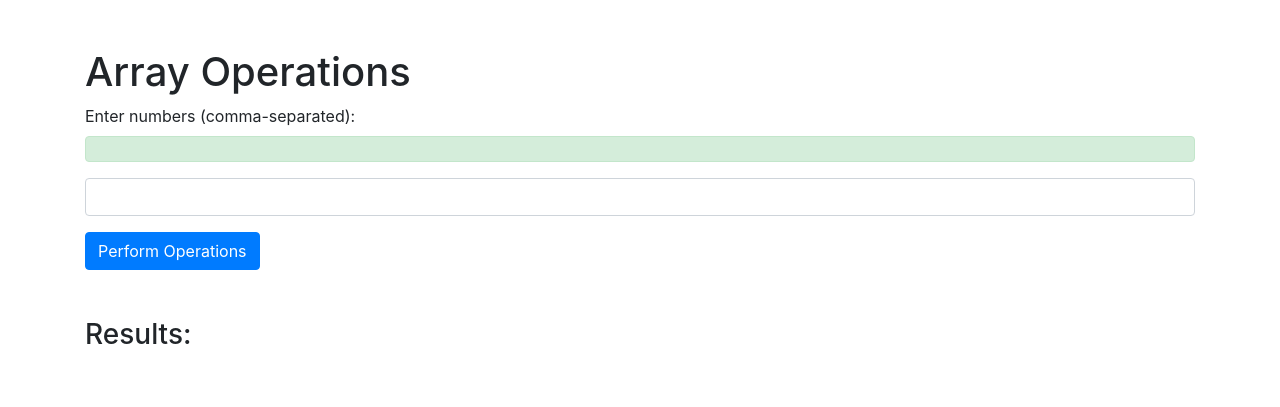
Repository: ducdatit2002/javascript-array-day18
Page: index.html
These files come from the project's save history. The page is drawn as it stood at one moment and after the next save; the edit follows.
The browser window is 1280 px wide. The pictures show the whole page.

Above is the page before, as saved 2023-08-27 21:28:12.

### index.html
<!DOCTYPE html>
<html lang="en">
  <head>
    <title>Homework Buổi 18</title>
    <!-- Required meta tags -->
    <meta charset="utf-8" />
    <meta
      name="viewport"
      content="width=device-width, initial-scale=1, shrink-to-fit=no"
    />

    <!-- Bootstrap CSS -->
    <link
      rel="stylesheet"
      href="https://stackpath.bootstrapcdn.com/bootstrap/4.3.1/css/bootstrap.min.css"
      integrity="sha384-ggOyR0iXCbMQv3Xipma34MD+dH/1fQ784/j6cY/iJTQUOhcWr7x9JvoRxT2MZw1T"
      crossorigin="anonymous"
    />
  </head>
  <body>
    <div class="container mt-5">
      <h1>Array Operations</h1>
      <div class="form-group">
        <label for="inputNumbers">Enter numbers (comma-separated):</label>
        <p class="alert alert-success"></p>
        <input type="text" class="form-control" id="inputNumbers" />
      </div>
      <button class="btn btn-primary" onclick="performOperations()">
        Perform Operations
      </button>

      <div id="resultContainer" class="mt-5">
        <h3>Results:</h3>
        <p id="positiveSum"></p>
        <p id="positiveCount"></p>
        <p id="minNumber"></p>
        <p id="minPositiveNumber"></p>
        <p id="lastEvenNumber"></p>
        <p id="swapMessage"></p>
        <p id="sortedArray"></p>
        <p id="firstPrimeNumber"></p>
        <p id="integerCount"></p>
        <p id="comparison"></p>
      </div>
    </div>
    <!-- Optional JavaScript -->
    <!-- jQuery first, then Popper.js, then Bootstrap JS -->
    <script
      src="https://code.jquery.com/jquery-3.3.1.slim.min.js"
      integrity="sha384-q8i/X+965DzO0rT7abK41JStQIAqVgRVzpbzo5smXKp4YfRvH+8abtTE1Pi6jizo"
      crossorigin="anonymous"
    ></script>
    <script
      src="https://cdnjs.cloudflare.com/ajax/libs/popper.js/1.14.7/umd/popper.min.js"
      integrity="sha384-UO2eT0CpHqdSJQ6hJty5KVphtPhzWj9WO1clHTMGa3JDZwrnQq4sF86dIHNDz0W1"
      crossorigin="anonymous"
    ></script>
    <script
      src="https://stackpath.bootstrapcdn.com/bootstrap/4.3.1/js/bootstrap.min.js"
      integrity="sha384-JjSmVgyd0p3pXB1rRibZUAYoIIy6OrQ6VrjIEaFf/nJGzIxFDsf4x0xIM+B07jRM"
      crossorigin="anonymous"
    ></script>
    <script src="./index.js"></script>
  </body>
</html>

### index.js
function performOperations() {
  var inputNumbers = document.getElementById("inputNumbers").value;
  var numbers = inputNumbers.split(",").map(Number);

  var positiveSum = 0;
  var positiveCount = 0;
  var minNumber = Number.POSITIVE_INFINITY;
  var minPositiveNumber = Number.POSITIVE_INFINITY;
  var lastEvenNumber = -1;
  var firstPrimeNumber = -1;
  var integerCount = 0;

  for (var i = 0; i < numbers.length; i++) {
    if (numbers[i] > 0) {
      positiveSum += numbers[i];
      positiveCount++;

      if (numbers[i] < minPositiveNumber) {
        minPositiveNumber = numbers[i];
      }
    }

    if (numbers[i] < minNumber) {
      minNumber = numbers[i];
    }

    if (numbers[i] % 2 === 0) {
      lastEvenNumber = numbers[i];
    }

    if (isPrime(numbers[i]) && firstPrimeNumber === -1) {
      firstPrimeNumber = numbers[i];
    }

    if (Number.isInteger(numbers[i])) {
      integerCount++;
    }
  }

  var swapMessage = swapValues(numbers);

  var sortedArray = numbers.slice().sort(function (a, b) {
    return a - b;
  });

  var positiveCountMessage = "Number of positive numbers: " + positiveCount;
  var positiveSumMessage = "Sum of positive numbers: " + positiveSum;
  var minNumberMessage = "Minimum number: " + minNumber;
  var minPositiveNumberMessage =
    "Minimum positive number: " +
    (minPositiveNumber !== Number.POSITIVE_INFINITY
      ? minPositiveNumber
      : "N/A");
  var lastEvenNumberMessage =
    "Last even number: " + (lastEvenNumber !== -1 ? lastEvenNumber : "N/A");
  var swapMessage = "Swap result: " + swapMessage;
  var sortedArrayMessage = "Sorted array: " + sortedArray.join(", ");
  var firstPrimeNumberMessage =
    "First prime number: " +
    (firstPrimeNumber !== -1 ? firstPrimeNumber : "N/A");
  var integerCountMessage = "Number of integers in the array: " + integerCount;
  var comparisonMessage =
    "Positive numbers count vs Negative numbers count: " +
    compareCounts(positiveCount, numbers.length - positiveCount);

  document.getElementById("positiveCount").textContent = positiveCountMessage;
  document.getElementById("positiveSum").textContent = positiveSumMessage;
  document.getElementById("minNumber").textContent = minNumberMessage;
  document.getElementById("minPositiveNumber").textContent =
    minPositiveNumberMessage;
  document.getElementById("lastEvenNumber").textContent = lastEvenNumberMessage;
  document.getElementById("swapMessage").textContent = swapMessage;
  document.getElementById("sortedArray").textContent = sortedArrayMessage;
  document.getElementById("firstPrimeNumber").textContent =
    firstPrimeNumberMessage;
  document.getElementById("integerCount").textContent = integerCountMessage;
  document.getElementById("comparison").textContent = comparisonMessage;
}

function isPrime(number) {
  if (number <= 1) {
    return false;
  }

  for (var i = 2; i <= Math.sqrt(number); i++) {
    if (number % i === 0) {
      return false;
    }
  }

  return true;
}

function swapValues(numbers) {
  var position1 = parseInt(prompt("Enter the first position to swap:"));
  var position2 = parseInt(prompt("Enter the second position to swap:"));

  if (
    position1 < 0 ||
    position1 >= numbers.length ||
    position2 < 0 ||
    position2 >= numbers.length
  ) {
    return "Invalid positions!";
  }

  var temp = numbers[position1];
  numbers[position1] = numbers[position2];
  numbers[position2] = temp;

  return "Swapped!";
}

function compareCounts(positiveCount, negativeCount) {
  if (positiveCount > negativeCount) {
    return "Positive numbers are more than negative numbers.";
  } else if (positiveCount < negativeCount) {
    return "Negative numbers are more than positive numbers.";
  } else {
    return "Positive numbers and negative numbers are equal.";
  }
}

After the next save:
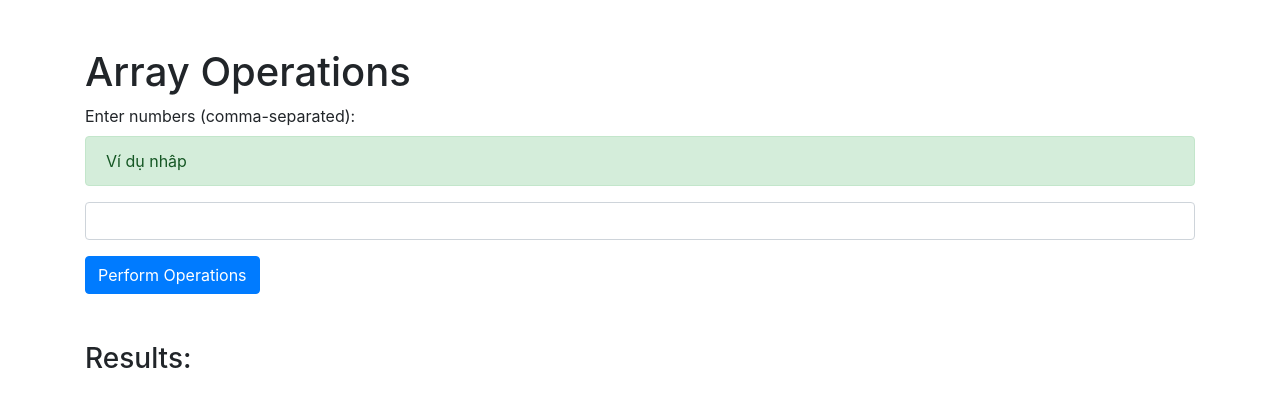
Saved 10 s later.
--- a/index.html
+++ b/index.html
@@ -22,7 +22,7 @@
       <h1>Array Operations</h1>
       <div class="form-group">
         <label for="inputNumbers">Enter numbers (comma-separated):</label>
-        <p class="alert alert-success"></p>
+        <p class="alert alert-success">Ví dụ nhâp</p>
         <input type="text" class="form-control" id="inputNumbers" />
       </div>
       <button class="btn btn-primary" onclick="performOperations()">
